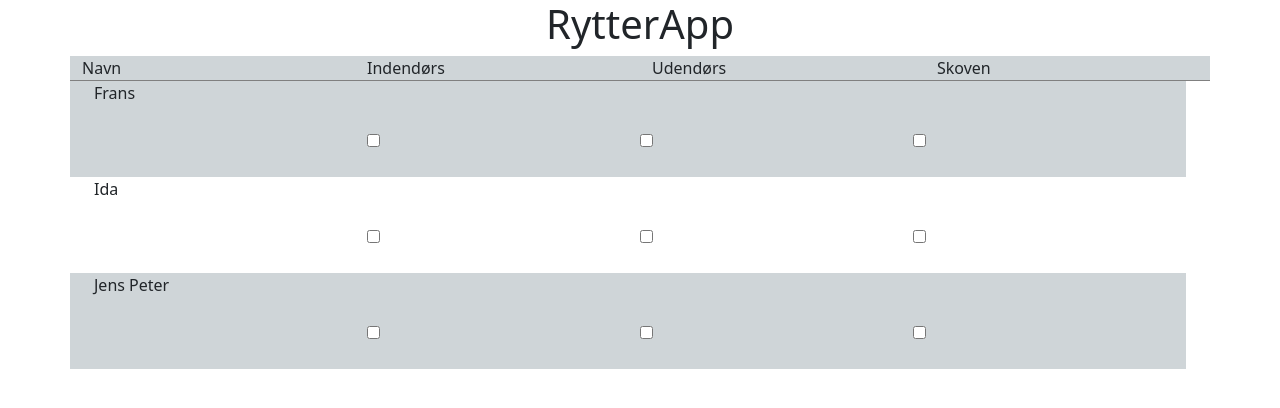
Repository: Flam1ga/test
Page: /
The author's editor kept a copy of each file at every save. The page is drawn from the files as they stood at one save, then again after the next save.
The browser window is 1280 px wide. The pictures show the whole page.
The project was rebuilt for these pictures with package versions that can differ from the ones it lists, and the page was loaded fresh each time. Also part of the build but not shown: src/components/Button.css.

Above is the page before, as saved 2022-01-06 12:35:52.

### src/App.js
import "./App.css";
import Table from "./components/Table.js";
import { useState } from "react";
import "./App.css";

const App = () => {
  const [riders, setRider] = useState([
    {
      id: 1,
      name: "Frans",
      indoor: false,
      outdoor: false,
      wood: false,
    },
    {
      id: 2,
      name: "Ida",
      indoor: false,
      outdoor: false,
      wood: false,
    },
    {
      id: 3,
      name: "Jens Peter",
      indoor: false,
      outdoor: false,
      wood: false,
    },
  ]);

  // const buttonClicked = (id) => {
  //   console.log("clicked", id);
  // };

  return (
    <div className="App">
      <h1>RytterApp</h1>
      <Table className="table" riders={riders} />
    </div>
  );
};

export default App;

### src/components/Table.js
import Button from "./Button.js";
import { Col, Container, Row } from "react-bootstrap";
import "./table.css";

const Table = ({ riders, isIndoorChecked, checked }) => {
  const list = riders.map((rider, indoor) => (
    <Row>
      <Col>{rider.name}</Col>
      <Col>
        <Button isIndoorChecked={isIndoorChecked}></Button>
        {rider.indoor}
      </Col>
      <Col>
        <Button />
        {rider.outdoor}
      </Col>
      <Col>
        <Button />
        {rider.wood}
      </Col>
    </Row>
  ));

  return (
    <div>
      <Container>
        <Row className="heading">
          <Col>Navn</Col>
          <Col>Indendørs</Col>
          <Col>Udendørs</Col>
          <Col>Skoven</Col>
        </Row>
        <Row className="ridersList">{list}</Row>
      </Container>
    </div>
  );
};

export default Table;

### src/components/Button.js
import "./Button.css";
import { ButtonGroup, ToggleButton } from "react-bootstrap";
import { useState } from "react";

function Button() {
  const [checked, setChecked] = useState(false);
  const [isIndoorChecked, setIsIndoorChecked] = useState(false);
  const [isOutdoorChecked, setIsOutdoorChecked] = useState(false);
  const [isWoodChecked, setIsWoodChecked] = useState(false);

  const radios = [
    { name: "Active", value: "1" },
    { name: "Radio", value: "2" },
    { name: "Radio", value: "3" },
  ];

  // const indoorCol = ({ riders }) => {
  //   const list = riders.map((rider) => <Col>{rider}</Col>);
  // };

  return (
    <>
      {/* <ButtonGroup className="mb-2">
        <ToggleButton
          id="toggle-check"
          type="checkbox"
          variant="secondary"
          checked={checked}
          style={{ display: "None" }}
          value="1"
          onChange={(e) => setChecked(e.currentTarget.checked)}
        >
          Checked
        </ToggleButton>
      </ButtonGroup> */}
      <br />
      {/* <ButtonGroup className="mb-2">
        {radios.map((radio, idx) => (
          <ToggleButton
            key={idx}
            id={`radio-${idx}`}
            type="radio"
            variant="secondary"
            name="radio"
            value={radio.value}
            checked={radioValue === radio.value}
            onChange={(e) => setRadioValue(e.currentTarget.value)}
          >
            {radio.name}
          </ToggleButton>
        ))}
      </ButtonGroup> */}
      <br />
      <input type="checkbox" />
      <br></br>
      {/* <ToggleButton
        className="mb-2"
        id="toggle-check"
        type="checkbox"
        variant="outline-primary"
        isIndoorChecked={isIndoorChecked}
        value="1"
        onChange={(e) => setIsIndoorChecked(e.currentTarget.isIndoorChecked)}
      >
        Checked
      </ToggleButton> */}
      <br />
      {/* <ButtonGroup className="mb-2">
        <ToggleButton
          id="toggle-check"
          type="checkbox"
          variant="secondary"
          checked={checked}
          value="1"
          onChange={(e) => setChecked(e.currentTarget.checked)}
        >
          Ride
        </ToggleButton>
      </ButtonGroup> */}
    </>
  );
}

export default Button;

### src/components/table.css
.row:nth-child(odd) {
  background-color: rgb(207, 213, 216);
}

.ridersList {
  margin: 0 !important;
}

.heading {
  border-bottom: 1px solid gray;
}
.col {
}

Loaded but not shown: public/index.html (common file); src/index.js (common file); src/index.css (common file); src/reportWebVitals.js (common file); src/App.css (common file)

After the next save:
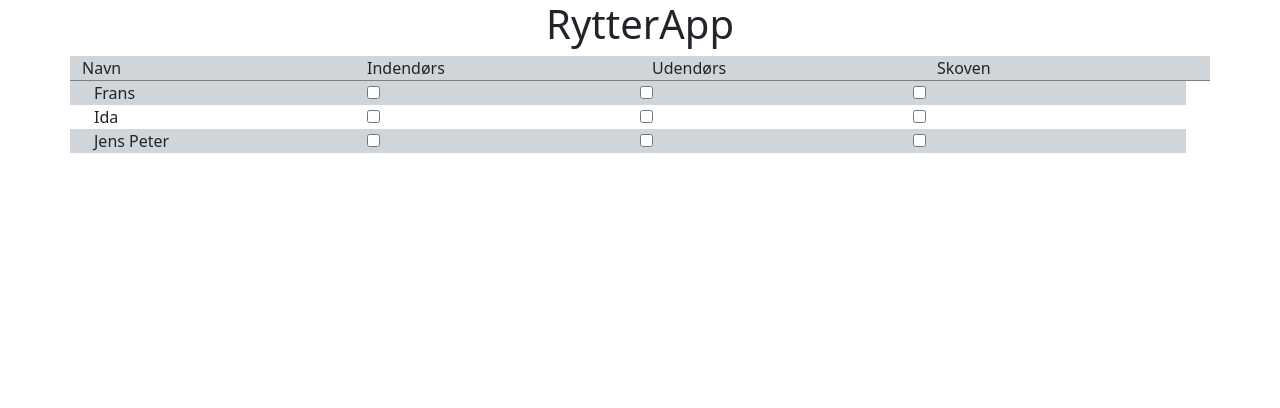
Saved 4 min 4 s later.
--- a/src/components/Button.js
+++ b/src/components/Button.js
@@ -20,63 +20,7 @@ function Button() {
 
   return (
     <>
-      {/* <ButtonGroup className="mb-2">
-        <ToggleButton
-          id="toggle-check"
-          type="checkbox"
-          variant="secondary"
-          checked={checked}
-          style={{ display: "None" }}
-          value="1"
-          onChange={(e) => setChecked(e.currentTarget.checked)}
-        >
-          Checked
-        </ToggleButton>
-      </ButtonGroup> */}
-      <br />
-      {/* <ButtonGroup className="mb-2">
-        {radios.map((radio, idx) => (
-          <ToggleButton
-            key={idx}
-            id={`radio-${idx}`}
-            type="radio"
-            variant="secondary"
-            name="radio"
-            value={radio.value}
-            checked={radioValue === radio.value}
-            onChange={(e) => setRadioValue(e.currentTarget.value)}
-          >
-            {radio.name}
-          </ToggleButton>
-        ))}
-      </ButtonGroup> */}
-      <br />
       <input type="checkbox" />
-      <br></br>
-      {/* <ToggleButton
-        className="mb-2"
-        id="toggle-check"
-        type="checkbox"
-        variant="outline-primary"
-        isIndoorChecked={isIndoorChecked}
-        value="1"
-        onChange={(e) => setIsIndoorChecked(e.currentTarget.isIndoorChecked)}
-      >
-        Checked
-      </ToggleButton> */}
-      <br />
-      {/* <ButtonGroup className="mb-2">
-        <ToggleButton
-          id="toggle-check"
-          type="checkbox"
-          variant="secondary"
-          checked={checked}
-          value="1"
-          onChange={(e) => setChecked(e.currentTarget.checked)}
-        >
-          Ride
-        </ToggleButton>
-      </ButtonGroup> */}
     </>
   );
 }
